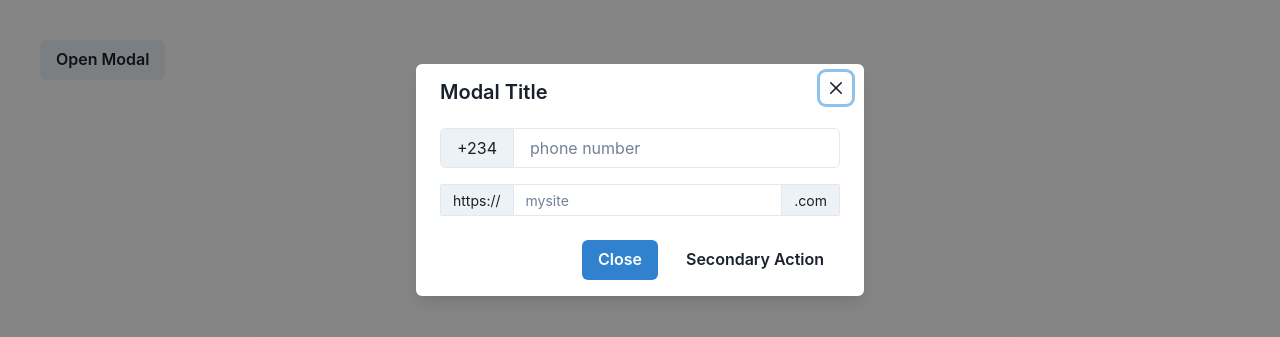
Repository: jorgelucasjs/chakra-ui-doc
Page: /
These files come from the project's save history. The page is drawn as it stood at one moment and after the next save; the edit follows.
The browser window is 1280 px wide. The pictures show the whole page.
The project was rebuilt for these pictures with package versions that can differ from the ones it lists, and the page was loaded fresh each time.

Above is the page before, as saved 2023-01-06 11:18:35.

### public/index.html
<!DOCTYPE html>
<html lang="en">
  <head>
    <meta charset="utf-8" />
   <!--  <link rel="icon" href="%PUBLIC_URL%/logo.jpg" /> -->
    <meta name="viewport" content="width=device-width, initial-scale=1" />
    <meta name="theme-color" content="#000000" />
    <meta
      name="description"
      content="Web site created using create-react-app"
    />
    <!-- <link rel="apple-touch-icon" href="%PUBLIC_URL%/logo.jpg" /> -->
    <!--
      manifest.json provides metadata used when your web app is installed on a
      user's mobile device or desktop. See https://developers.google.com/web/fundamentals/web-app-manifest/
    -->
    <link rel="manifest" href="%PUBLIC_URL%/manifest.json" />
    <!--
      Notice the use of %PUBLIC_URL% in the tags above.
      It will be replaced with the URL of the `public` folder during the build.
      Only files inside the `public` folder can be referenced from the HTML.

      Unlike "/favicon.ico" or "favicon.ico", "%PUBLIC_URL%/favicon.ico" will
      work correctly both with client-side routing and a non-root public URL.
      Learn how to configure a non-root public URL by running `npm run build`.
    -->
    <title>Chackra ui</title>
  </head>
  <body>
    <noscript>You need to enable JavaScript to run this app.</noscript>
    <div id="root"></div>
    <!--
      This HTML file is a template.
      If you open it directly in the browser, you will see an empty page.

      You can add webfonts, meta tags, or analytics to this file.
      The build step will place the bundled scripts into the <body> tag.

      To begin the development, run `npm start` or `yarn start`.
      To create a production bundle, use `npm run build` or `yarn build`.
    -->
  </body>
</html>

### src/index.tsx
import React from 'react';
import ReactDOM from 'react-dom/client';
import App from './App';
import reportWebVitals from './reportWebVitals';

const root = ReactDOM.createRoot(
  document.getElementById('root') as HTMLElement
);


root.render(

	<React.StrictMode>
		<App />
	</React.StrictMode>

);

reportWebVitals();

### src/App.tsx
import * as React from 'react';
import PagesRouter from './routes';
import { extendTheme, ChakraProvider, ColorModeScript } from '@chakra-ui/react';
import theme from './theme/theme';

export default function App(): JSX.Element {

	return (
		<ChakraProvider theme={theme}>
			<ColorModeScript initialColorMode={theme.config.initialColorMode} />
			<PagesRouter />
		</ChakraProvider>
	);
}

### src/routes/index.tsx
import React from 'react';
import { BrowserRouter, Route, Routes } from 'react-router-dom';
import Home from '../pages';
import GlobalStyle from './../style/Global';
export default function PagesRouter(): JSX.Element {
	return (

		<BrowserRouter>
			<GlobalStyle />

			<Routes>

				<Route
					path='/'
					element={<Home />}
				/>
			</Routes>
		</BrowserRouter>

	);
}

### src/theme/theme.ts
import { extendTheme, ThemeConfig } from '@chakra-ui/react';

const config: ThemeConfig = {
	initialColorMode: 'light',
	useSystemColorMode: false,
};

const colors = {
	brand: {
		900: '#1a365d',
		800: '#153e75',
		700: '#2a69ac',
	},
};

const theme = extendTheme({ config, colors });

export default theme;

### src/pages/index.tsx
import React from 'react';
import { Box, Container, Text, Flex, Grid, Button, SimpleGrid, Wrap, WrapItem } from '@chakra-ui/react';
import Gradient from '../components/Gradient';
import ColorMode from '../components/ColorMode';
import ModalComponent from '../components/ModalComponent';
import TabsComponents from '../components/TabsComponents';
import { CircularProgress, CircularProgressLabel } from '@chakra-ui/react';
import SkeletonComponents from '../components/SkeletonComponents';
import { Avatar, AvatarBadge, AvatarGroup } from '@chakra-ui/react';
import FormControl from '../components/FormControl';
export default function index(): JSX.Element {

	return (
		<Box p={10} h={'100vh'}>
			{/* <Gradient /> */}
			{/* <ColorMode /> */}
			{/* <ModalComponent /> */}

			{/* <TabsComponents /> */}
			{/* <SkeletonComponents /> */}

			{/* <Wrap>
				<WrapItem>
					<Avatar name='Dan Abrahmov' src='https://bit.ly/dan-abramov' />
				</WrapItem>
				<WrapItem>
					<Avatar name='Kola Tioluwani' src='https://bit.ly/tioluwani-kolawole' />
				</WrapItem>
				<WrapItem>
					<Avatar name='Kent Dodds' src='https://bit.ly/kent-c-dodds' />
				</WrapItem>
				<WrapItem>
					<Avatar name='Ryan Florence' src='https://bit.ly/ryan-florence' />
				</WrapItem>
				<WrapItem>
					<Avatar name='Prosper Otemuyiwa' src='https://bit.ly/prosper-baba' />
				</WrapItem>
				<WrapItem>
					<Avatar name='Christian Nwamba' src='https://bit.ly/code-beast' />
				</WrapItem>
				<WrapItem>
					<Avatar name='Segun Adebayo' src='https://bit.ly/sage-adebayo' />
				</WrapItem>
			</Wrap>

			<Wrap>
				<WrapItem>
					<Avatar size='2xs' name='Dan Abrahmov' src='https://bit.ly/dan-abramov' />
				</WrapItem>
				<WrapItem>
					<Avatar
						size='xs'
						name='Kola Tioluwani'
						src='https://bit.ly/tioluwani-kolawole'
					/>{' '}
				</WrapItem>
				<WrapItem>
					<Avatar size='sm' name='Kent Dodds' src='https://bit.ly/kent-c-dodds' />{' '}
				</WrapItem>
				<WrapItem>
					<Avatar size='md' name='Ryan Florence' src='https://bit.ly/ryan-florence' />{' '}
				</WrapItem>
				<WrapItem>
					<Avatar
						size='lg'
						name='Prosper Otemuyiwa'
						src='https://bit.ly/prosper-baba'
					/>{' '}
				</WrapItem>
				<WrapItem>
					<Avatar size='xl' name='Christian Nwamba' src='https://bit.ly/code-beast' />{' '}
				</WrapItem>
				<WrapItem>
					<Avatar size='2xl' name='Segun Adebayo' src='https://bit.ly/sage-adebayo' />{' '}
				</WrapItem>
			</Wrap> */}

			<FormControl />
		</Box>
	);
}

### src/style/Global.ts
import { createGlobalStyle } from 'styled-components';

export default createGlobalStyle`
  * {
	  margin: 0;
	  padding: 0;
	  box-sizing: border-box;
	}

  body {
	  width: 100vw;
	  background:#fefefe;
  }

  body,
  input,
  textarea,
  button {
	font: 400 1rem Inter, sans-serif;
  }

  h1 {
	font-size: 2.5rem;
	font: 700;
	font-family: 'Work Sans', sans-serif;
  }

  h2 {
	font-size: 1.5rem;
  }

  button {
	cursor: pointer;
  }

  h1,
  h2,
  h3,
  h4,
  h5,
  h6 {
	font-weight: 600;
	font-family: Lexend, sans-serif;
  }

  input {
	outline: none;
  }
  a{
	text-decoration:none;
	color:#fff;
  }
  .modalContent,
  .secondModal {
	>img {
	  width: 15rem;
	  margin: 15px auto;
	  display: flex;
	  justify-content: center;
	  align-self: center;
	}
	> form {
	  margin: 20px 0;
	  width: 100%;
	  text-align: center;

	> label {
	  display: flex;
	  align-items: flex-start;
	  margin: 15px 0;
	  color: #1c1c1c;
	}

	>button {
	  margin-top: 25px;
	}
  }
}


.secondModal {
  >h1 {
	text-align: center;
	margin: 4rem 0 0 0;
  }

  >span {
	display: block;
	text-align: center;
	color: #1c1c1c;
	font-size: 15px;
	margin: 20px 0;
  }
}



`;

### src/components/FormControl.tsx
import React from 'react';
import {
	FormControl,
	FormLabel,
	FormErrorMessage,
	FormHelperText,
	Input,
	RadioGroup,
	HStack,
	Radio,
	Stack,
	useDisclosure,
	Button,
	Modal,
	ModalOverlay,
	ModalContent,
	ModalHeader,
	ModalCloseButton,
	ModalBody,
	Text,
	ModalFooter,
	InputGroup,
	InputLeftAddon,
	InputRightAddon
} from '@chakra-ui/react';

export default function FormControlModal(): JSX.Element {
	const { isOpen, onOpen, onClose } = useDisclosure();

	return (
		<div>
			<>
				<Button onClick={onOpen}>Open Modal</Button>
				<Modal isOpen={true} onClose={onClose}>
					<ModalOverlay />
					<ModalContent>
						<ModalHeader>Modal Title</ModalHeader>
						<ModalCloseButton />
						<ModalBody>
							<FormControl as='fieldset'>
								<Stack spacing={4}>
									<InputGroup>
										<InputLeftAddon children='+234' />
										<Input type='tel' placeholder='phone number' />
									</InputGroup>

									{/* If you add the size prop to `InputGroup`, it'll pass it to all its children. */}
									<InputGroup size='sm'>
										<InputLeftAddon children='https://' />
										<Input placeholder='mysite' />
										<InputRightAddon children='.com' />
									</InputGroup>
								</Stack>
							</FormControl>
						</ModalBody>
						<ModalFooter>
							<Button colorScheme='blue' mr={3} onClick={onClose}>
								Close
							</Button>
							<Button variant='ghost'>Secondary Action</Button>
						</ModalFooter>
					</ModalContent>
				</Modal>
			</>
		</div>
	);
}

Loaded but not shown: src/reportWebVitals.ts (common file)

After the next save:
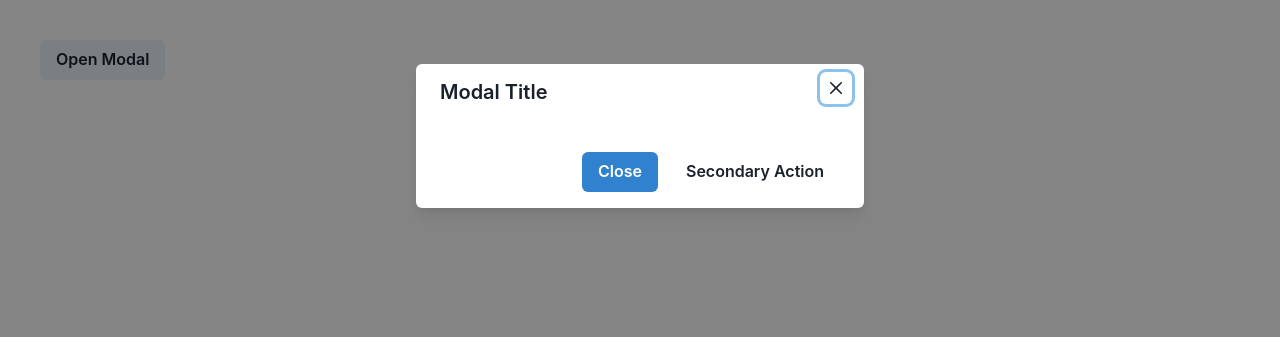
Saved 23 s later.
--- a/src/components/FormControl.tsx
+++ b/src/components/FormControl.tsx
@@ -38,19 +38,7 @@
 						<ModalCloseButton />
 						<ModalBody>
 							<FormControl as='fieldset'>
-								<Stack spacing={4}>
-									<InputGroup>
-										<InputLeftAddon children='+234' />
-										<Input type='tel' placeholder='phone number' />
-									</InputGroup>
 
-									{/* If you add the size prop to `InputGroup`, it'll pass it to all its children. */}
-									<InputGroup size='sm'>
-										<InputLeftAddon children='https://' />
-										<Input placeholder='mysite' />
-										<InputRightAddon children='.com' />
-									</InputGroup>
-								</Stack>
 							</FormControl>
 						</ModalBody>
 						<ModalFooter>

After the 2 saves that followed:
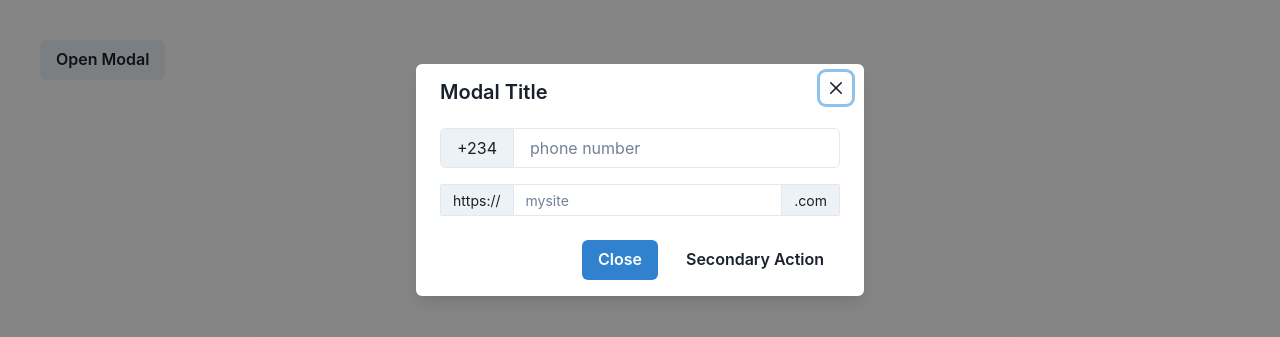
The 2 saves are shown as one change because they came seconds apart.
The last was saved 6 s later.
--- a/src/components/FormControl.tsx
+++ b/src/components/FormControl.tsx
@@ -37,9 +37,19 @@
 						<ModalHeader>Modal Title</ModalHeader>
 						<ModalCloseButton />
 						<ModalBody>
-							<FormControl as='fieldset'>
+							<Stack spacing={4}>
+								<InputGroup>
+									<InputLeftAddon children='+234' />
+									<Input type='tel' placeholder='phone number' />
+								</InputGroup>
 
-							</FormControl>
+								{/* If you add the size prop to `InputGroup`, it'll pass it to all its children. */}
+								<InputGroup size='sm'>
+									<InputLeftAddon children='https://' />
+									<Input placeholder='mysite' />
+									<InputRightAddon children='.com' />
+								</InputGroup>
+							</Stack>
 						</ModalBody>
 						<ModalFooter>
 							<Button colorScheme='blue' mr={3} onClick={onClose}>
